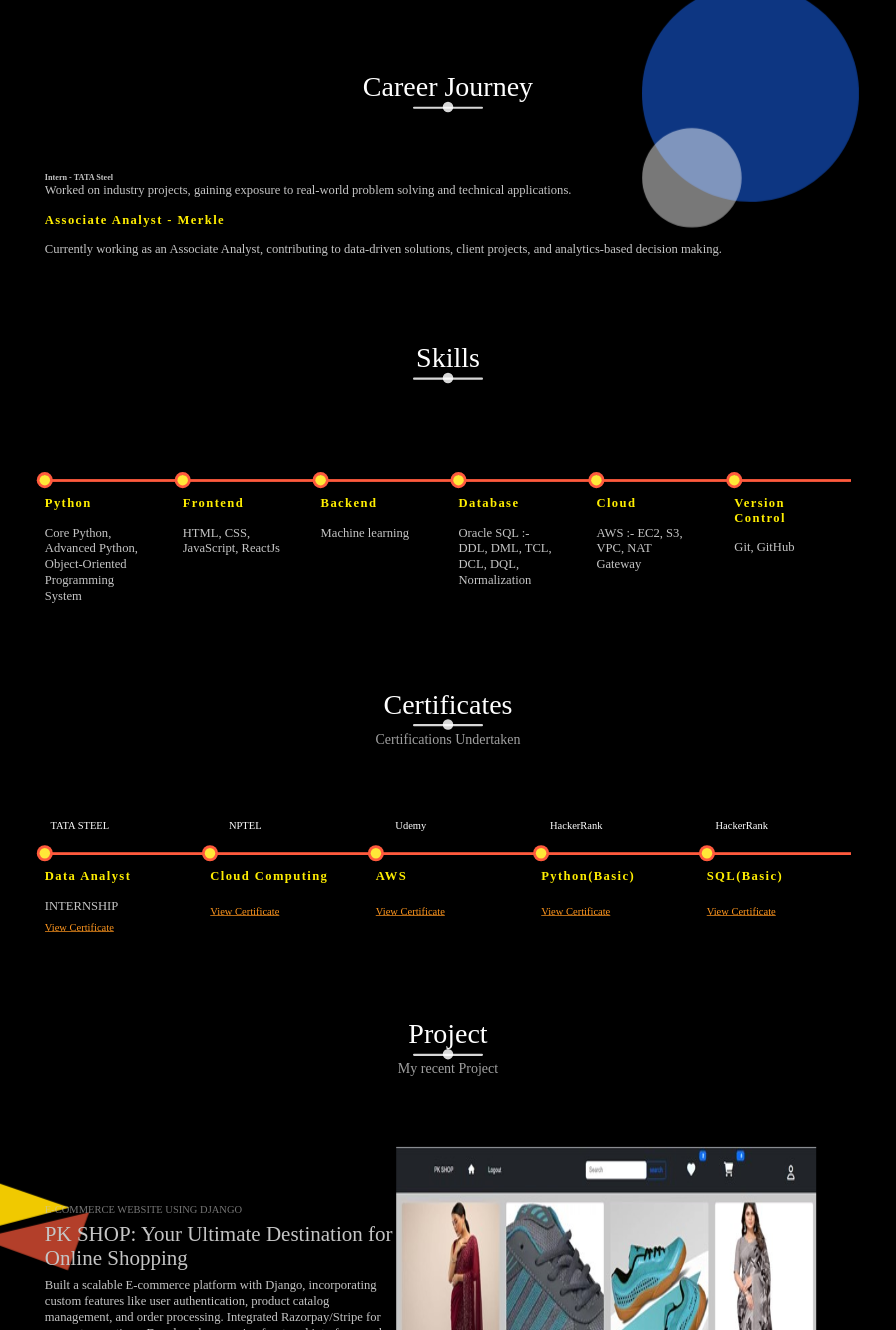
Repository: purushottam7660/Portfolio
Page: index.html
The author's editor kept a copy of each file at every save. The page is drawn from the files as they stood at one save, then again after the next save.
The browser window is 1280 px wide. The pictures show the part of the page from y = 1169 to 3069 px (the page is 6841 px tall before and 6889 px after), at 70% of full size.
A picture or video elsewhere on the page could not be fetched, so the positions and the page height are approximate. Some web fonts or font styles are not loaded; a fallback is used.

Above is the page before, as saved 2025-08-16 13:23:33.

### index.html
<!DOCTYPE html>
<html lang="en">

<head>
    <meta charset="UTF-8">
    <meta name="viewport" content="width=device-width, initial-scale=1">

    <title>Purushottam Kumar</title>
    <link rel="stylesheet" href="https://unpkg.com/aos@next/dist/aos.css" />
    <link rel="stylesheet" href="https://use.fontawesome.com/releases/v5.7.2/css/all.css"
        integrity="sha384-fnmOCqbTlWIlj8LyTjo7mOUStjsKC4pOpQbqyi7RrhN7udi9RwhKkMHpvLbHG9Sr" crossorigin="anonymous">
    <link rel="stylesheet" href="main.css">
    <link rel='icon' href='favicon.ico' type='image/x-icon'/>
    <link href="//db.onlinewebfonts.com/c/bd317adf74e5e7e564eb61ce9926cc6d?family=Gotham" rel="stylesheet" type="text/css"/>
    <link href="//db.onlinewebfonts.com/c/9a2bc11be56851dde98c1b49302cc21a?family=Gotham+Medium" rel="stylesheet" type="text/css"/>
    <link href="//db.onlinewebfonts.com/c/0923ee644c97a87d70269aa80a6f1e79?family=The+Historia+Demo" rel="stylesheet" type="text/css"/>
    <meta name="google-site-verification" content="9P7lBLkCpxEcZAig0uq5LQzN-YUIhlLA37V1Gj3avcg" />

</head>

<body>
    <header>
        <div class="left-circ" >
                <img src="Group 1953.svg" alt="" >
            </div>
            <div class="circle-img" >
                <img src="Group 1951.svg" alt="" >
            </div>
        <div class="menu-toggler">
            <div class="bar half start"></div>
            <div class="bar"></div>
            <div class="bar half end"></div>
        </div>
        <nav class="top-nav">
            <ul class="nav-list">
                <li>
                    <a href="index.html" class="nav-link">Home</a>

                </li>
                <li>
                    <a href="#about" class="nav-link">About</a>

                </li>
                <li>
                    <a href="#services" class="nav-link">Certificates</a>

                </li>
                <li>
                    <a href="#portfolio" class="nav-link">Project</a>

                </li>
                <li>
                    <a href="#experience" class="nav-link">Education</a>

                </li>
                <li>
                    <a href="#experience" class="nav-link">Contact</a>

                </li>

            </ul>
        </nav>
        <div class="landing-text">
            <h1>Purushottam Kumar</h1>
            <h6>Associate Analyst</h6>
            <div class="scrolldown">
                <span></span>
                <span></span>
                <span></span>
            </div>
        </div>

    </header>

    <section class="about" id="about">
        <div class="container">
            <div class="profile-img" >
                <img src="./Me.jpg"  data-aos="fade-up" data-aos-delay="300ms">

            </div>
            <div class="skills-img" >
                <img src="blackball.svg" alt="" >
            </div>

            <div class="about-details" data-aos="fade-up" data-aos-delay="300ms" >
                <div class="about-heading">
                    <h1>About</h1>
                    <h6>Myself</h6>
                </div>
                <br>
                <h3> Hi! This is Purushottam Kumar. </h3>
                <br>
                <p>
                   Associate Analyst @Merkel

                    <br>
                    <br>
                    <a href="https://drive.google.com/file/d/165yn6GBqy3xRHl08g18MrKQxIV79vI6r/view?usp=sharing" class="cta" target="_blank">Checkout my Resume</a>


                </p>
                <br>

                <address>Contact me here <a href="purushottam7660@gmail.com" > purushottam7660@gmail.com </a>
                </address>

                <div class="social-media"  >
                    <ul class="nav-list"  >
                        <li>
                            <a href="https://www.linkedin.com/in/purushottam-kumar-a3a2491b3/" class="icon-link" target="_blank">
                                <i class="fab fa-linkedin"></i>
                            </a>
                        </li>
                        <li>
                            <a href="https://github.com/purushottam7660" class="icon-link" target="_blank">
                                <i class="fab fa-github-square"></i>
                            </a>
                        </li>
                        <li>
                            <a href="https://www.hackerrank.com/profile/Purushottam7660" target="_blank">
                                <i class="fab fa-hackerrank"></i>
                            </a>
                        </li>
                        <li>
                            <a href="https://www.instagram.com/purushottam115/" target="_blank">
                                <i class="fab fa-instagram"></i>
                            </a>
                        </li>
                        <li>
                            <a href="https://www.snapchat.com/add/" target="_blank">
                                <i class="fab fa-snapchat-square"></i>
                            </a>
                        </li>

                        <!-- <li>
                            <a href="https://leetcode.com/akgupta2075/" class="icon-link">
                                <i class="fab fa-behance-square"></i>
                            </a>
                        </li> -->
                        <!-- <li>
                            <a href="https://medium.com/@tejasvi_soi" class="icon-link">
                                <i class="fab fa-medium"></i>
                            </a>
                        </li> -->

                    </ul>
                </div>

            </div>

        </div>
    </section>
    <section class="career" id="career">
        <div class="container">
            <div class="section-heading">
                <h1>Career Journey</h1>
            </div>

            <div class="my-career">
                <div class="career-item" data-aos="fade-right" data-aos-delay="300ms">
                    <h3>Intern - TATA Steel</h3>
                    <p>Worked on industry projects, gaining exposure to real-world problem solving and technical
                        applications.</p>
                </div>

                <div class="skill" data-aos="fade-right" data-aos-delay="600ms">
                    <h3>Associate Analyst - Merkle</h3>
                    <p>Currently working as an Associate Analyst, contributing to data-driven solutions, client projects,
                        and analytics-based decision making.</p>
                </div>
            </div>
        </div>
    </section>



    <section class="skills" id="skills">
    <div class="container">
        <div class="section-heading">
            <h1>Skills</h1>
            <!-- <h6>My Python Full Stack Development Skills</h6> -->
        </div>

        <div class="my-skills">
            <div class="skill" data-aos="fade-right" data-aos-delay="300ms">
                <h3>Python</h3>
                <p>Core Python, Advanced Python, Object-Oriented Programming System</p>
            </div>

            <div class="skill" data-aos="fade-right" data-aos-delay="600ms">
                <h3>Frontend</h3>
                <p>HTML, CSS, JavaScript, ReactJs</p>
            </div>

            <div class="skill" data-aos="fade-right" data-aos-delay="900ms">
                <h3>Backend</h3>
                <p> Machine learning</p>
            </div>

            <div class="skill" data-aos="fade-right" data-aos-delay="1200ms">
                <h3>Database</h3>
                <p>Oracle SQL :- DDL, DML, TCL, DCL, DQL, Normalization</p>
            </div>

            <div class="skill" data-aos="fade-right" data-aos-delay="900ms">
                <h3>Cloud</h3>
                <p> AWS :- EC2, S3, VPC, NAT Gateway</p>
            </div>

            <div class="skill" data-aos="fade-right" data-aos-delay="1500ms">
                <h3>Version Control</h3>
                <p>Git, GitHub</p>
            </div>

            </div>
        </div>
    </section>


    <section class="services" id="services" >

        <div class="container">
            <div class="services-img" >
                <img src="Rectangle 5651.svg" alt="" >
            </div>
            <div class="section-heading" >
                <h1>Certificates</h1>
                <h6>Certifications Undertaken</h6>
            </div>

            <div class="my-skills" data-aos="fade-right" data-aos-delay="100ms">
                <div class="skill" data-date="TATA STEEL"  data-aos="fade-right" data-aos-delay="300ms">

                    <h3>Data Analyst</h3>
                    <p>
                        INTERNSHIP
                    </p>
                    <br>
                    <a href="https://drive.google.com/file/d/1CfXKXl8S87-Uqk5XjmIV3m66L2Rnr3qc/view?usp=sharing"class="cta">View Certificate</a>
                </div>
                <div class="skill" data-date="NPTEL" data-aos="fade-right" data-aos-delay="600ms">

                    <h3>Cloud Computing</h3>
                    <p>

                    </p>
                    <br>
                    <a href="https://drive.google.com/file/d/12JIj-hmUDqzL3e5l1pUjtZGyqBs8_5lm/view?usp=sharing" class="cta">View Certificate</a>
                </div>

                <div class="skill" data-date="Udemy" data-aos="fade-right" data-aos-delay="900ms">

                    <h3> AWS </h3>
                    <p>

                    </p>
                    <br>
                    <a href="https://drive.google.com/file/d/1rp1tauTbMgCd7x8rF2W_imO4-MThdTXQ/view?usp=sharing" class="cta">View Certificate</a>
                </div>

                <div class="skill" data-date="HackerRank" data-aos="fade-right" data-aos-delay="1200ms">

                    <h3>Python(Basic)</h3>
                    <p>

                    </p>
                    <br>
                    <a href="https://www.hackerrank.com/certificates/4d5b223e8351" class="cta" >View Certificate</a>
                </div>

                <div class="skill" data-date="HackerRank" data-aos="fade-right" data-aos-delay="1200ms">

                    <h3> SQL(Basic)</h3>
                    <p>

                    </p>
                    <br>
                    <a href="https://www.hackerrank.com/certificates/5d3e51e30cd5" class="cta">View Certificate</a>
                </div>
            </div>

            </div>
        </div>
    </section>

    <section class="portfolio" id="portfolio">
        <div class="container">
            <div class="section-heading">
                <h1>Project</h1>
                <h6>My recent Project</h6>
            </div>
            <div class="portfolio-item" data-aos="fade-in" data-aos-duration="300ms">
                <div class="portfolio-description">
                    <h6>E-commerce Website using Django</h6>
                    <h1>PK SHOP: Your Ultimate Destination for Online Shopping</h1>
                    <p>
                        Built a scalable E-commerce platform with Django, incorporating custom features like user authentication, product catalog management, and order processing. Integrated Razorpay/Stripe for secure transactions. Developed responsive front-end interfaces and ensured platform security through encryption and collaboration with cross-functional teams.                    </p>
                    <a href="https://github.com/" class="cta">View Project</a>
                </div>
                <div class="portfolio-img has-margin-right"><img src="./PK SHOP.jpg" alt="" style="height: 450px; width: 600px;"></div>
            </div>

<br>
<br>


            <div class="portfolio-item" data-aos="fade-in" data-aos-duration="300ms">
                <div class="portfolio-img has-margin-right">
                    <img src="./telecome_project.png" alt=""style="height: 450px; width: 600px;">
                </div>
                <div class="portfolio-description">
                    <h6>Python</h6>
                    <h1>Telecom Churn Estimation Using Machine Learning</h1>
                    <p> Organizations today face intense competition in delivering advanced Quality of Service (QoS) to attract customers. Implementing efficient customer relationship management systems, supported by machine learning models like support vector machines and Random Forest algorithms, proves instrumental in customer retention and overall business profitability. Addressing challenges such as customer churn and aligning consumer expectations with product performance, organizations can strategically enhance product quality, improve brand portfolio, and optimize profit-driven feature selection in data mining and machine learning. <br>

                        Our approach involves implementing a computationally inexpensive Machine Learning algorithm for extracting insights from complex data patterns, resulting in high accuracy, time savings, and low complexities. Currently, we are actively engaged in data pre-processing, including evaluating column importance, eliminating unwanted data, and addressing null values and outliers. The ongoing cross-validation process ensures the robustness of every data column.
                        </p>
                    <a href="https://github.com/purushottam7660/TELECOM-CHURN-ESTIMATION-USING-MACHINE-LEARNING" class="cta">View Project</a>
                </div>
            </div>
<br>
<br>

            <div class="portfolio-item" data-aos="fade-in" data-aos-duration="300ms">
                <div class="portfolio-description">
                    <h6>INTERNSHIP</h6>
                    <h1>RH Treatment Time Prediction</h1>
                    <p>
                        Embark on a transformative machine learning journey with RH Treatment Time Prediction, exploring algorithms like Linear Regression, Decision Trees, Random Forest, and XG Boost. Acquire expertise in data pre-processing and model building, extracting valuable insights from challenges. Uncover the potency of supervised learning to predict treatment durations and join us in translating raw data into meaningful insights. Explore the dynamic intersection of data science and artificial intelligence to predict RH treatment times, harnessing the full potential of machine learning. Unravel intricate patterns and make informed decisions for optimized treatment durations.
                    </p>
                    <a href="https://github.com/" class="cta">View Project</a>
                </div>
                <div class="portfolio-img has-margin-right"><img src="./internship.png" alt="">
                </div>
            </div>

<br>
<br>

            <div class="portfolio-item" data-aos="fade-in" data-aos-duration="300ms">
                <div class="portfolio-img has-margin-right">
                    <img src="./3_tier_project.webp" alt="" style="height: 700px; width: 700px;">
                </div>
                <div class="portfolio-description has-margin-right">
                    <h6>Cloud Computing</h6>
                    <h1>
                        Hosting a 3-Tier Web Application Architecture on Amazon Web Services (AWS)</h1>
                    <p>
                        Discover a seamlessly hosted 3-tier web application on Amazon Web Services (AWS). This project intricately integrates vital AWS elements like VPC, ALB, and EC2, focusing on scalability, cost-effectiveness, and strong data security. Immerse yourself in the forefront of web application deployment, experiencing a fusion of cutting-edge technology and strategic architecture. This initiative marks a pivotal step into the future of cloud-based solutions, showcasing simplicity, efficiency, and innovation in web development.
                    </p>
                    <a href="https://docs.google.com/document/d/1dgbV1sPptQwEVhPD0u-hDz4tcvaEAjP5/edit?usp=sharing&ouid=102923793194469586786&rtpof=true&sd=true" class="cta">View Project</a>
                </div>
            </div>


            <div class="portfolio-item" data-aos="fade-in" data-aos-duration="300ms">
                <div class="portfolio-description">
                    <h6>Cloud Computing</h6>
                    <h1>Hosting a static website using Amazon web service </h1>
                    <p>
                        This comprehensive professional training report delves into the utilization of Amazon S3 as a robust solution for static website hosting and the integration of Route 53 for effective domain management. The report culminates with a thorough examination of the successful implementation and performance analysis, underscoring key aspects such as scalability, cost reduction, and enhanced data security measures. Throughout the project, a detailed overview is provided, encompassing the intricacies of static and dynamic websites, insights into AWS architecture, and a comprehensive understanding of Domain Name System (DNS) concepts. The emphasis on operational simplicity, business requirements, and the adoption of a highly scalable, resilient, and reliable website on Amazon Web Services adds depth to the project's significance.
                    </p>
                    <a href="https://docs.google.com/document/d/1BsOcGspHFqFBEX4XXZpwkwkMEkAuJe-A/edit?usp=sharing&ouid=102923793194469586786&rtpof=true&sd=true" class="cta">View Project</a>
                </div>
                <div class="portfolio-img has-margin-right"><img src="./static_website.png" alt="">
                </div>
            </div>
        </div>

    </div>
    </section>

    <section class="experience" id="experience">
        <div class="container" >
            <div class="section-heading">
                <h1>Education</h1>
                <h6></h6>
            </div>
            <div class="timeline" >
                <ul>
                    <li class="date" data-date="June 2019-Aug 2023" data-aos="fade-up" data-aos-duration="300ms">
                        <h1><a href="https://www.sathyabama.ac.in/" class="cta">Sathyabama Institute of Science and Technology</a></h1>
                        <p>Bachelor's of Engineering in Computer Science & Engineering <br>
                            CGPA- 8.4
                        </p>
                        <br>

                    </li>
                    <li class="date" data-date="March 2018-April 2019" data-aos="fade-up" data-aos-duration="300ms">
                        <h1>Senior Secondary</h1>
                        <p><a href="https://mnpsjsr.org/" class="cta">Motilal Nehru Public School, Jamshedpur</a>
                            <br>
                            Percentage- 62.25%
                        </p>
                        <br>

                    </li>
                    <li class="date" data-date="March 2016-April 2017" data-aos="fade-up" data-aos-duration="300ms">
                        <h1>Secondary</h1>
                        <p><a href="https://mnpsjsr.org/" class="cta">Motilal Nehru Public School, Jamshedpur</a> <br>

                            Percentage- 78.40%
                        </p>
                        <br>
                    </li>
                </ul>
                <div class="contact-img" >
                    <img src="Group 1956.svg" alt="" >
                </div>
            </div>
        </div>
    </section>


<section class="contact" id="contact">
    <div class="container">
        <div class="section-heading">
            <h1>Contact</h1>
            <h6>Get in touch with me</h6>
        </div>
        <div class="contact-details" data-aos="fade-up" data-aos-delay="300ms">
            <p>
                Feel free to reach out to me for any queries or collaboration opportunities. I'm always open to new
                projects and conversations!
            </p>
            <address>
                Email: <a href="purushottam7660@gmail.com">purushottam7660@gmail.com</a>
                <br>
                Phone: <a href="tel:+1234567890">+91 6203541645</a>
                <br>
                LinkedIn: <a href="https://www.linkedin.com/in/purushottam-kumar-a3a2491b3/">Purushottam Kumar</a>
                <br>
                Instagram: <a href="https://www.instagram.com/purushottam115/">@purushottam115</a>
            </address>
        </div>
    </div>
</section>


    <footer class="copyright">
        <div class="up" id="up">
            <i class="fas fa-chevron-up"></i>
        </div>
        <p>&copy; 2024 Purushottam Kumar</p>
    </footer>
    <script src="https://ajax.googleapis.com/ajax/libs/jquery/3.3.1/jquery.min.js"></script>

    <script src="https://unpkg.com/aos@next/dist/aos.js"></script>
    <script src="main.js"></script>


</body>

</html>

Loaded but not shown: main.js (common file); main.css (1379 lines, source omitted)

After the next save:
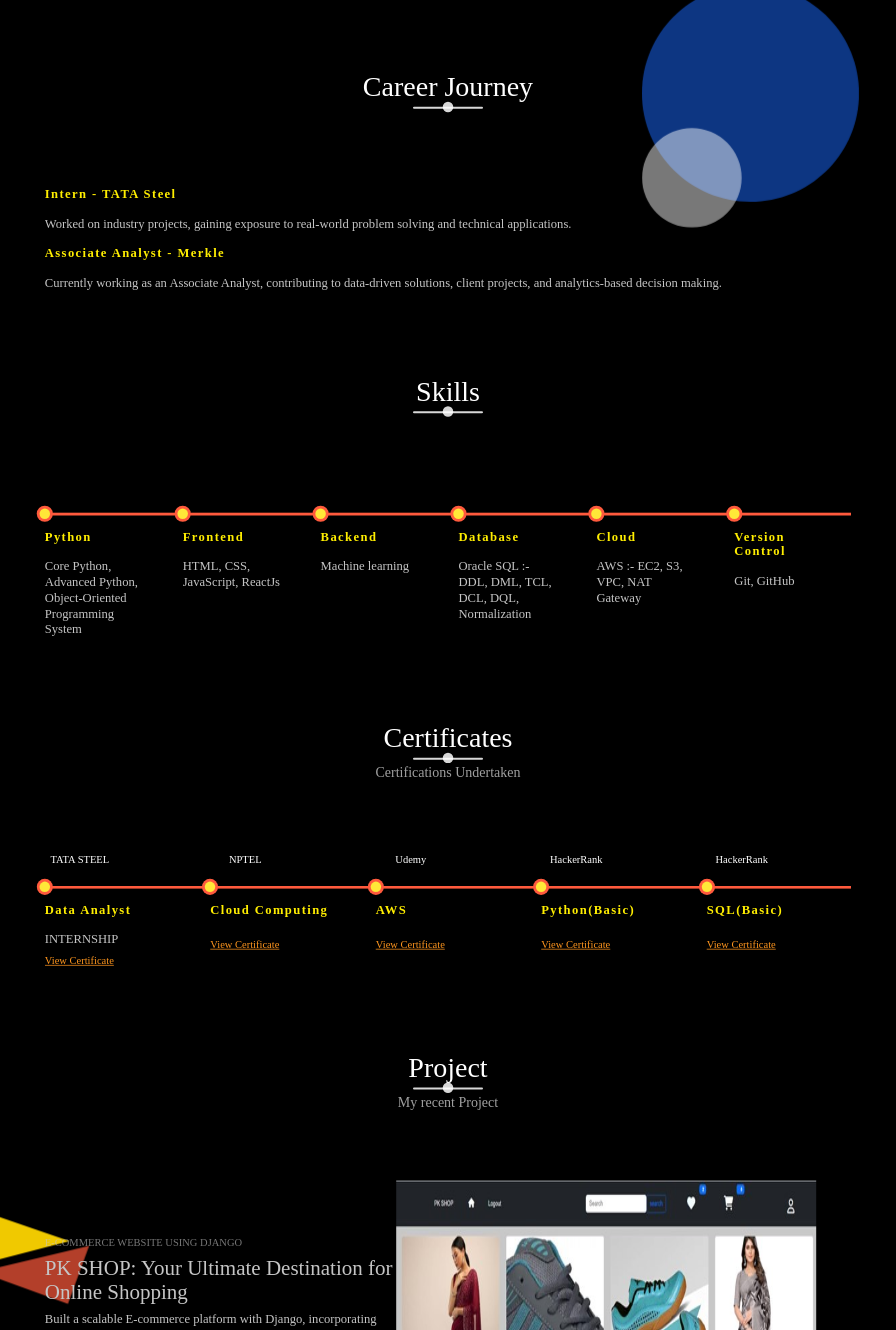
Saved 7 s later.
--- a/index.html
+++ b/index.html
@@ -157,7 +157,7 @@
             </div>
 
             <div class="my-career">
-                <div class="career-item" data-aos="fade-right" data-aos-delay="300ms">
+                <div class="skill" data-aos="fade-right" data-aos-delay="300ms">
                     <h3>Intern - TATA Steel</h3>
                     <p>Worked on industry projects, gaining exposure to real-world problem solving and technical
                         applications.</p>
